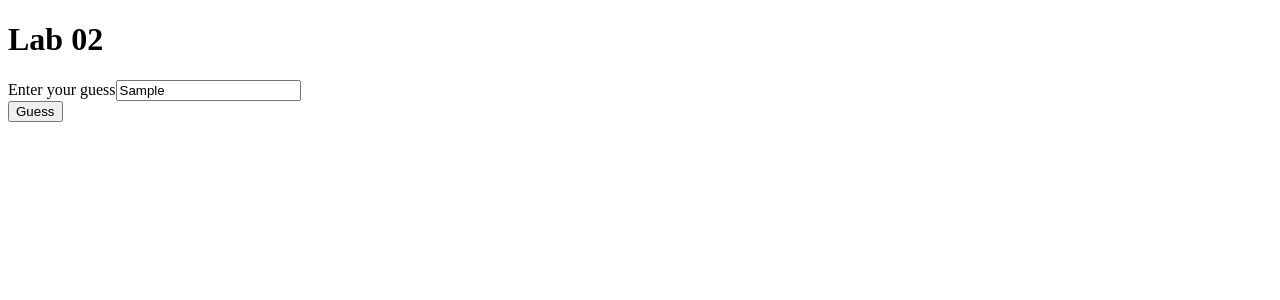
Repository: ravinforu/HTML5_CSS3_JS_Frameworks_Jul_2012-1
Page: Day01/WebContent/lab02UsingJSON.html
The author's editor kept a copy of each file at every save. The page is drawn from the files as they stood at one save, then again after the next save.
The browser window is 1280 px wide. The pictures show the whole page.
Empty fields were first filled with sample values (such as "Sample", 5 or name@example.com).
After loading, the first visible `input[onclick="play();"]` was clicked once.

Above is the page before, as saved 2012-07-20 07:21:25.
Console error: TypeError: game.getMessage is not a function

### Day01/WebContent/lab02UsingJSON.html
<!DOCTYPE html>
<html>
<head>
	<script>
		var game = {
				target : Math.floor(Math.random()*100),
				attempts : 0,
				message : "",
				play : function(guess){
					this.attempts++;
					if(guess > this.target)
						this.message = "Aim Lower";
					if(guess < this.target)
						this.message = "Aim Higher";
					if(guess == this.target)
						this.message = "You have got it in " + this.attempts + " attempts";
				}
		};
		function play(){
			var guess = parseInt(document.getElementById("guess").value);
			game.play(guess);
			document.getElementById("message").innerHTML = game.getMessage();
			document.getElementById("attempts").innerHTML = "Attempts : " + game.getAttempts();
		}
	</script>
</head>
<body>
	<h1>Lab 02</h1>
	Enter your guess<input type="text" id="guess"><br/>
	<input type="button" value="Guess" onclick="play();">
	<h5 id="message"></h5>
	<h5 id="attempts"></h5>
</body>
</html>

After the next save:
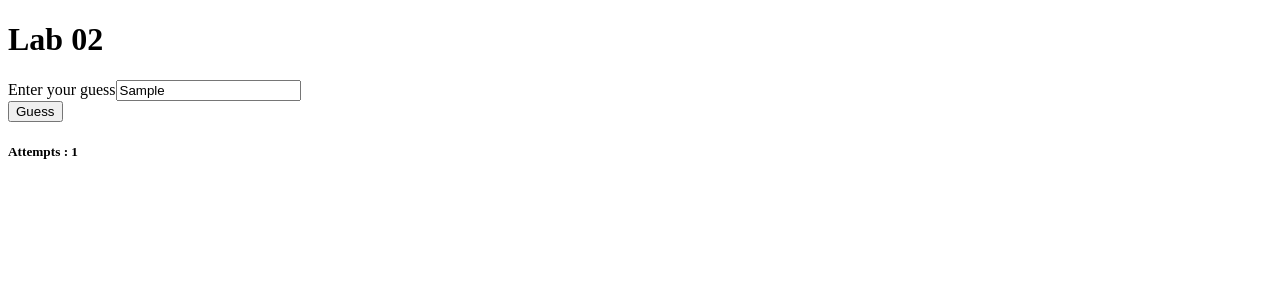
The error is gone.
Saved 26 s later.
--- a/Day01/WebContent/lab02UsingJSON.html
+++ b/Day01/WebContent/lab02UsingJSON.html
@@ -19,8 +19,8 @@
 		function play(){
 			var guess = parseInt(document.getElementById("guess").value);
 			game.play(guess);
-			document.getElementById("message").innerHTML = game.getMessage();
-			document.getElementById("attempts").innerHTML = "Attempts : " + game.getAttempts();
+			document.getElementById("message").innerHTML = game.message;
+			document.getElementById("attempts").innerHTML = "Attempts : " + game.attempts;
 		}
 	</script>
 </head>
